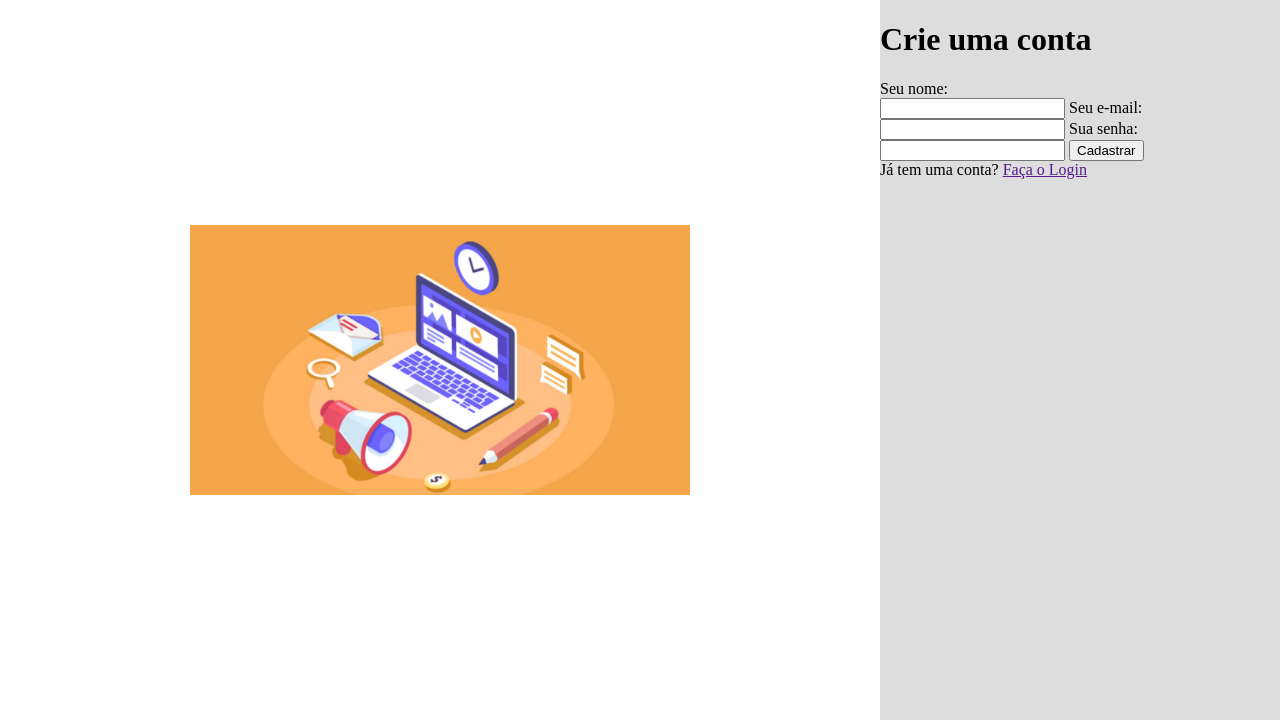
Repository: rafavirginio/tela-de-login
Page: index.html
The author's editor kept a copy of each file at every save. The page is drawn from the files as they stood at one save, then again after the next save.
The browser window is 1280 px wide. The pictures show the whole page.

Above is the page before, as saved 2020-09-14 23:23:19.

After the next save:
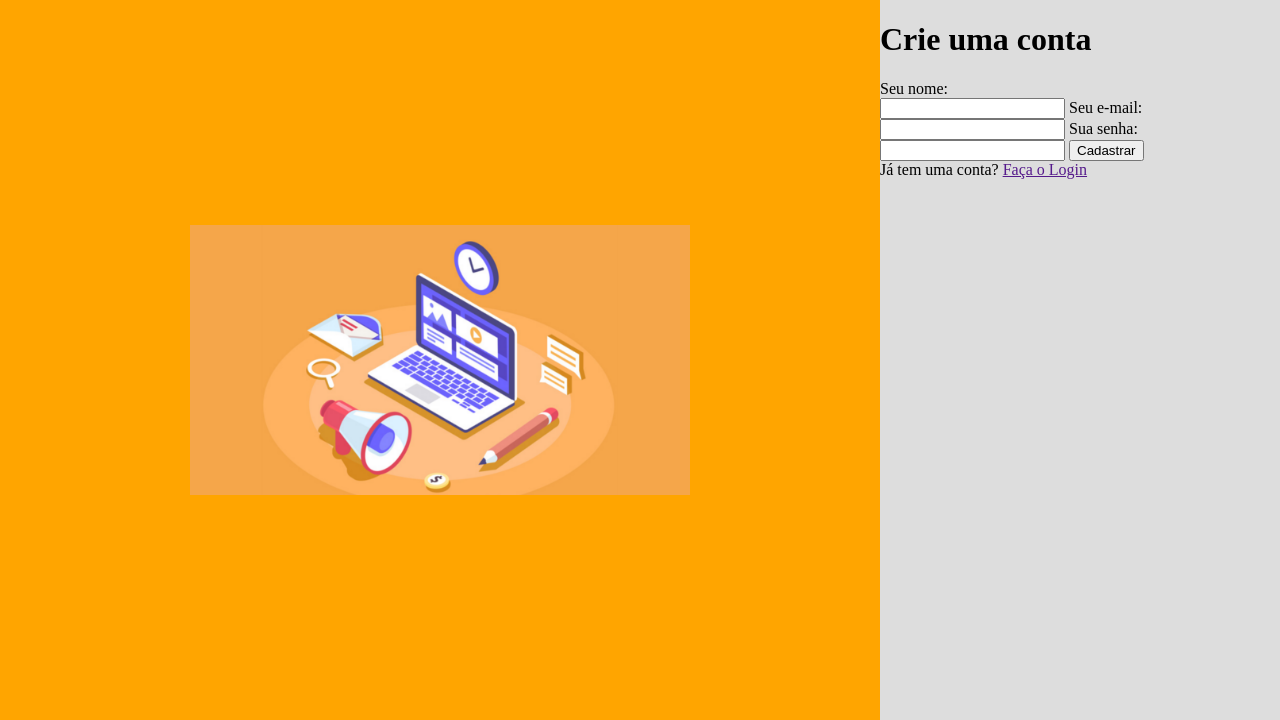
Saved 65 s later.
--- a/style.css
+++ b/style.css
@@ -1,4 +1,5 @@
 body {
+    background-color: orange;
     margin: 0;
 }
 
